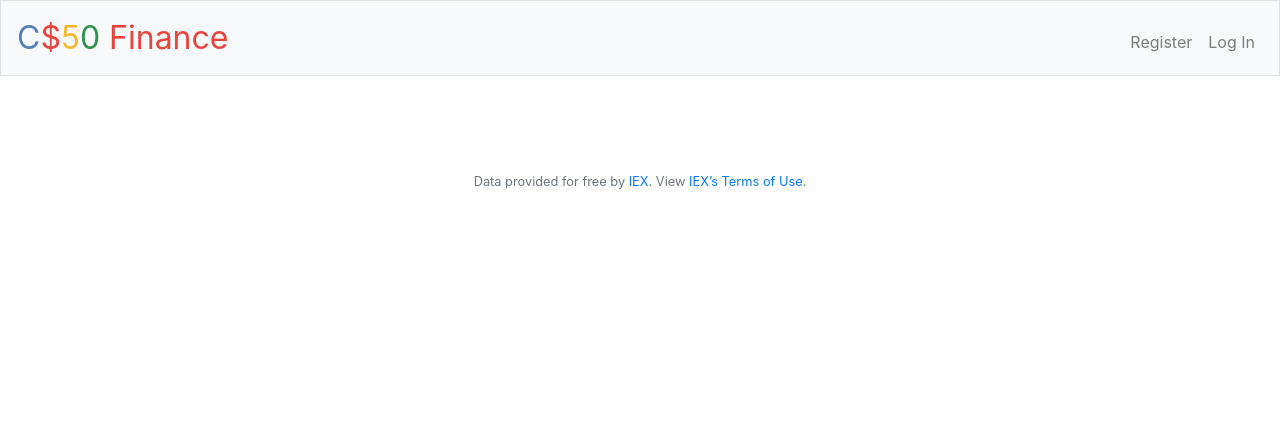
Repository: Mackeyrw/gitTest-CS50
Page: pset8/finance/templates/buy.html
The author's editor kept a record of every edit. The page is drawn from the files as they stood at one moment, then again after the next edit.
The browser window is 1280 px wide. The pictures show the whole page.
The template is drawn by Flask 3. The application's start-up code is not run. Other server files are loaded and not shown. The template is opened directly, without the code that normally fills it, so the values that code supplies are empty.

Above is the page before.

### pset8/finance/templates/buy.html
{% extends "layout.html" %}

{% block title %}
    Buy
{% endblock %}

{% block main %}

{% endblock %}

### pset8/finance/templates/layout.html
<!DOCTYPE html>

<html lang="en">

    <head>

        <!-- Required meta tags -->
        <meta charset="utf-8">
        <meta name="viewport" content="width=device-width, initial-scale=1, shrink-to-fit=no">

        <!-- documentation at http://getbootstrap.com/docs/4.1/, alternative themes at https://bootswatch.com/ -->
        <link href="https://maxcdn.bootstrapcdn.com/bootstrap/4.1.3/css/bootstrap.min.css" rel="stylesheet">

        <!-- https://favicon.io/emoji-favicons/money-mouth-face/ -->
        <link href="/static/favicon.ico" rel="icon">

        <link href="/static/styles.css" rel="stylesheet">

        <script src="https://code.jquery.com/jquery-3.3.1.min.js"></script>
        <script src="https://cdnjs.cloudflare.com/ajax/libs/popper.js/1.14.3/umd/popper.min.js"></script>
        <script src="https://maxcdn.bootstrapcdn.com/bootstrap/4.1.3/js/bootstrap.min.js"></script>

        <title>C$50 Finance: {% block title %}{% endblock %}</title>

    </head>

    <body>

        <nav class="navbar navbar-expand-md navbar-light bg-light border">
            <a class="navbar-brand" href="/"><span class="blue">C</span><span class="red">$</span><span class="yellow">5</span><span class="green">0</span> <span class="red">Finance</span></a>
            <button aria-controls="navbar" aria-expanded="false" aria-label="Toggle navigation" class="navbar-toggler" data-target="#navbar" data-toggle="collapse" type="button">
                <span class="navbar-toggler-icon"></span>
            </button>
            <div class="collapse navbar-collapse" id="navbar">
                {% if session.user_id %}
                    <ul class="navbar-nav mr-auto mt-2">
                        <li class="nav-item"><a class="nav-link" href="/quote">Quote</a></li>
                        <li class="nav-item"><a class="nav-link" href="/buy">Buy</a></li>
                        <li class="nav-item"><a class="nav-link" href="/sell">Sell</a></li>
                        <li class="nav-item"><a class="nav-link" href="/history">History</a></li>
                        <li class="nav-item"><a class="nav-link" href="/add">Add Cash</a></li>
                    </ul>
                    <ul class="navbar-nav ml-auto mt-2">
                        <li class="nav-item"><a class="nav-link" href="/logout">Log Out</a></li>
                    </ul>
                {% else %}
                    <ul class="navbar-nav ml-auto mt-2">
                        <li class="nav-item"><a class="nav-link" href="/register">Register</a></li>
                        <li class="nav-item"><a class="nav-link" href="/login">Log In</a></li>
                    </ul>
                {% endif %}
            </div>
        </nav>

        {% if get_flashed_messages() %}
            <header>
                <div class="alert alert-primary border text-center" role="alert">
                    {{ get_flashed_messages() | join(" ") }}
                </div>
            </header>
        {% endif %}

        <main class="container p-5">
            {% block main %}{% endblock %}
        </main>

        <footer class="small text-center text-muted">
            Data provided for free by <a href="https://iextrading.com/developer">IEX</a>. View <a href="https://iextrading.com/api-exhibit-a/">IEX’s Terms of Use</a>.
        </footer>

    </body>

</html>

### pset8/finance/static/styles.css
nav .navbar-brand
{
    /* size for brand */
    font-size: xx-large;
}

/* colors for brand */
nav .navbar-brand .blue
{
    color: #537fbe;
}
nav .navbar-brand .red
{
    color: #ea433b;
}
nav .navbar-brand .yellow
{
    color: #f5b82e;
}
nav .navbar-brand .green
{
    color: #2e944b;
}

main .form-control
{
    /* center form controls */
    display: inline-block;

    /* override Bootstrap's 100% width for form controls */
    width: auto;
}

main
{
    /* scroll horizontally as needed */
    overflow-x: auto;

    /* center contents */
    text-align: center;
}

main img
{
    /* constrain images on small screens */
    max-width: 100%;
}

.quoted
{
    font-size: 30px;
    color: darkblue;
    font-weight: bold;
}

After the next edit:
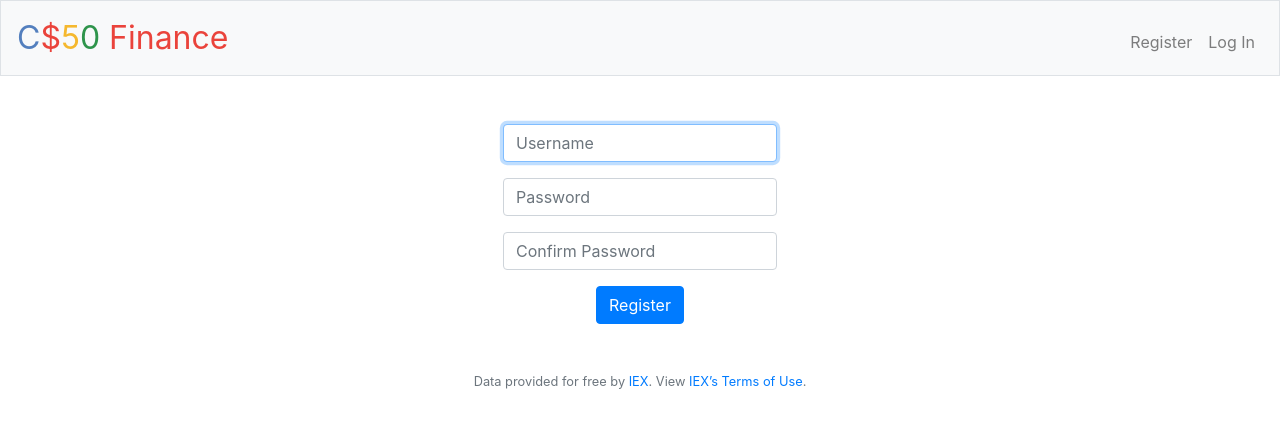
The edit:
--- a/pset8/finance/templates/buy.html
+++ b/pset8/finance/templates/buy.html
@@ -5,5 +5,16 @@
 {% endblock %}
 
 {% block main %}
-
+        <form action="/buy" method="post">
+        <div class="form-group">
+            <input autocomplete="off" autofocus class="form-control" name="username" placeholder="Username" type="text">
+        </div>
+        <div class="form-group">
+            <input class="form-control" name="password" placeholder="Password" type="password">
+        </div>
+        <div class="form-group">
+            <input class="form-control" name="confirmation" placeholder="Confirm Password" type="password">
+        </div>
+        <button class="btn btn-primary" type="submit">Register</button>
+    </form>
 {% endblock %}
